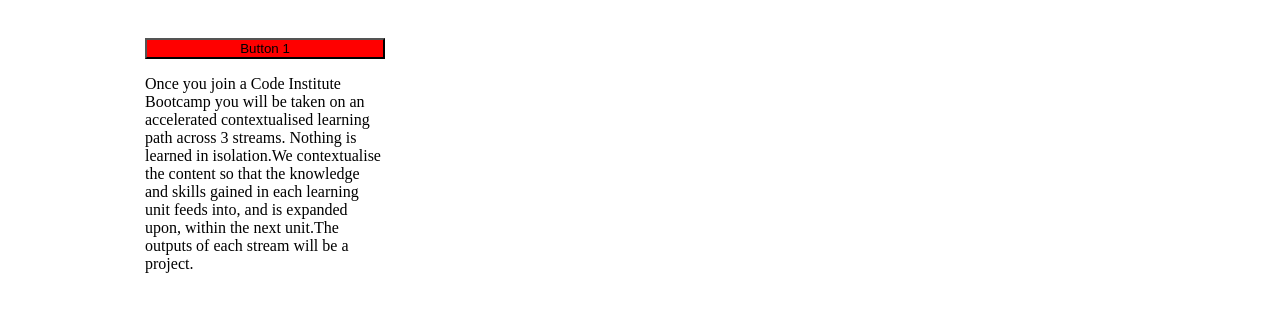
Repository: Lemoenskil/Method_Chaining_Challenge
Page: button.html
The author's editor kept a record of every edit. The page is drawn from the files as they stood at one moment, then again after the next edit.
The browser window is 1280 px wide. The pictures show the whole page.
Some web libraries are served in a nearby version.

Above is the page before.

### button.html
<!doctype html>
<html lang="en">
<head>
	<meta charset="utf-8">
	<meta name="viewport" content="width=device-width, initial-scale=1">
	<title>jQuery</title>
	<link href="css/style.css" rel="stylesheet">
</head>
<body>
	<div id="container">
		<div class='card'>
			<button id='button1' class="makeRed"  class="bottom_button">Button 1</button>
			<p id='para1' class="card_para">Once you join a Code Institute Bootcamp you will be taken on an accelerated contextualised learning path across 3 streams. Nothing is learned in isolation.We contextualise the content so that the knowledge and skills gained in each learning unit feeds into, and is expanded upon, within the next unit.The outputs of each stream will be a project. </p>
		</div>
	</div>
	<script src="https://code.jquery.com/jquery-3.2.1.js"
	integrity="sha256-DZAnKJ/6XZ9si04Hgrsxu/8s717jcIzLy3oi35EouyE="
	crossorigin="anonymous"></script>
	<script src="js/script.js"></script> <!-- Scripts located at the bottom of the body to insure page is fully loaded before execution -->

</body>
</html>

### css/style.css
#container
{
	display: flex;		/* makes container a flexbox*/
	flex-flow: row wrap; 	/* layout the boxes in rows and wrap them*/
	box-sizing:border-box;
	margin-right:auto;
	margin-left:auto;
	max-width:1050px;
}
.bottom_button{
	display: flex;
	box-sizing:border-box;
	border-radius: 4px;
	display: block;
	width: 100%;
	background-color:rgba(129, 187, 201,.85);
	text-align: center;
	padding: 1em .75em;
	text-decoration: none;
	color: #fff;

}

.card_bottom{
	display: flex;
	flex-flow:column;
}

.card{
	flex:1; /* */
	display: flex;	/* make the contents controllable by flexbox*/
	flex-flow:column;	/* */
	max-width: 240px; /**/
	margin: 10px;
	padding: 20px;
	background-color: #fff;
}

.makeRed{
	background-color: red;
}
.makeBorder{
	border: 2px;
}
/*************************
Navigation
**************************/


.underline{
  text-decoration:underline;
}
.border{
  border: solid 5px #ccc;
}

### js/script.js
$(document).ready(function() {
 $("button").mouseenter(function(){
  $("button").removeClass("makeRed").addClass("makeBorder")
 })
  $("button").mouseleave(function(){
   $("button").removeClass("makeBorder").addClass("makeRed")
 })
 $("#button1").click(function(){
   $("#para1").slideUp("1000")

 })
  $("#button1").click(function(){
   $("#para1").hide("1000").show("1000")

 })


});

After the next edit:
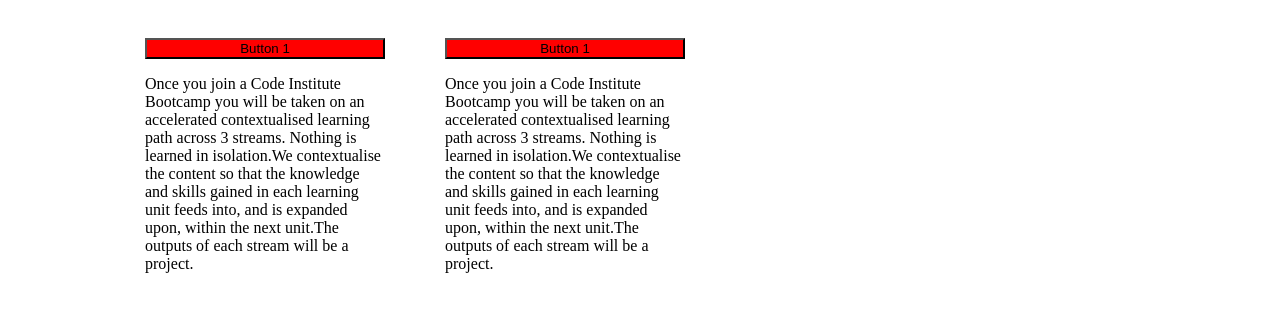
The edit:
--- a/button.html
+++ b/button.html
@@ -12,6 +12,10 @@
 			<button id='button1' class="makeRed"  class="bottom_button">Button 1</button>
 			<p id='para1' class="card_para">Once you join a Code Institute Bootcamp you will be taken on an accelerated contextualised learning path across 3 streams. Nothing is learned in isolation.We contextualise the content so that the knowledge and skills gained in each learning unit feeds into, and is expanded upon, within the next unit.The outputs of each stream will be a project. </p>
 		</div>
+			<div class='card'>
+			<button id='button2' class="makeRed"  class="bottom_button">Button 1</button>
+			<p id='para2' class="card_para">Once you join a Code Institute Bootcamp you will be taken on an accelerated contextualised learning path across 3 streams. Nothing is learned in isolation.We contextualise the content so that the knowledge and skills gained in each learning unit feeds into, and is expanded upon, within the next unit.The outputs of each stream will be a project. </p>
+		</div>
 	</div>
 	<script src="https://code.jquery.com/jquery-3.2.1.js"
 	integrity="sha256-DZAnKJ/6XZ9si04Hgrsxu/8s717jcIzLy3oi35EouyE="
